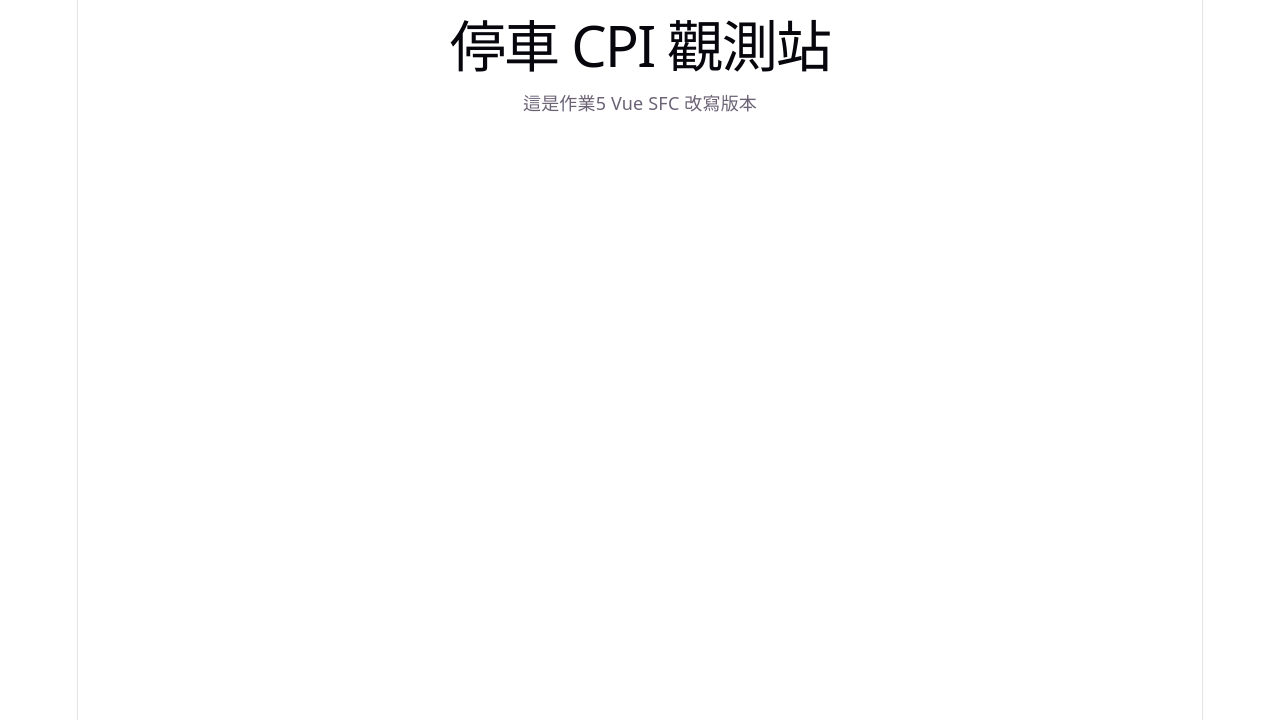
Repository: stewie0901/parking-cpi
Page: /
These files come from the project's save history. The page is drawn as it stood at one moment and after the next save; the edit follows.
The browser window is 1280 px wide. The pictures show the whole page.
The project was rebuilt for these pictures with package versions that can differ from the ones it lists, and the page was loaded fresh each time. Also part of the build but not shown: vite.config.js.

Above is the page before, as saved 2026-06-04 14:57:35.

After the next save:
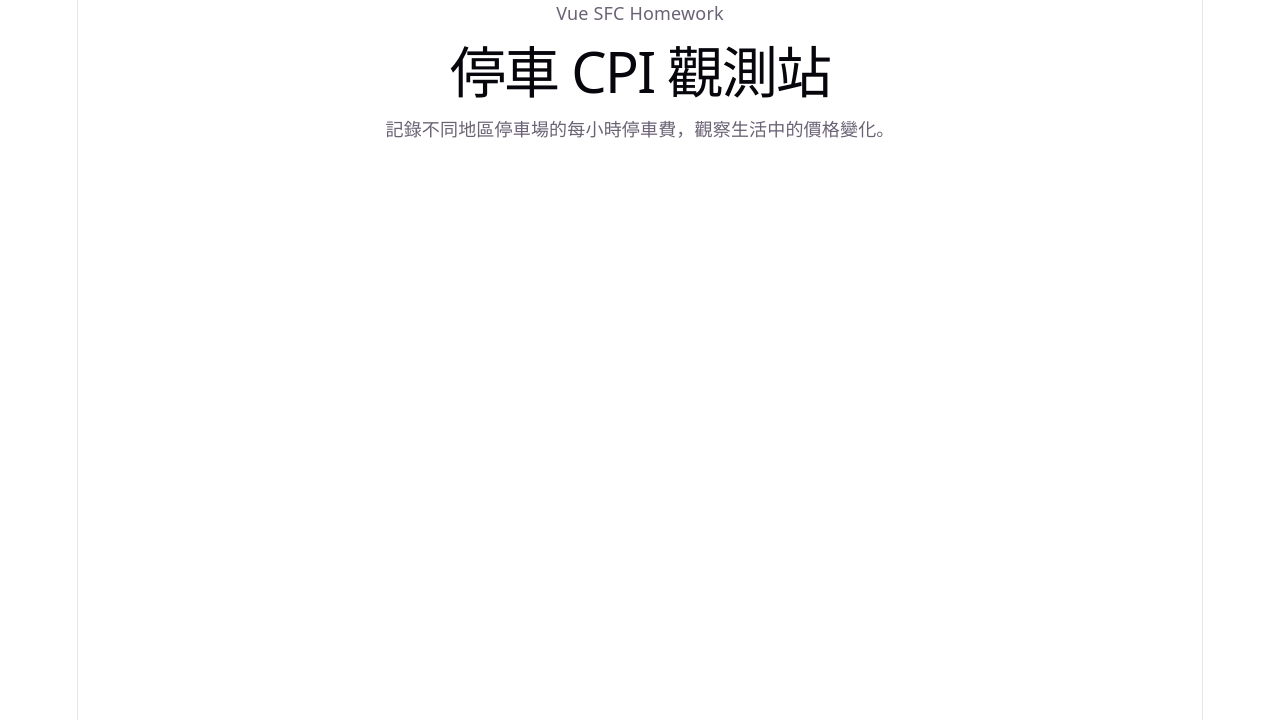
Saved 22 s later.
--- a/src/App.vue
+++ b/src/App.vue
@@ -1,4 +1,7 @@
+<script setup>
+import HeaderBanner from './components/HeaderBanner.vue'
+</script>
+
 <template>
-  <h1>停車 CPI 觀測站</h1>
-  <p>這是作業5 Vue SFC 改寫版本</p>
+  <HeaderBanner />
 </template>
